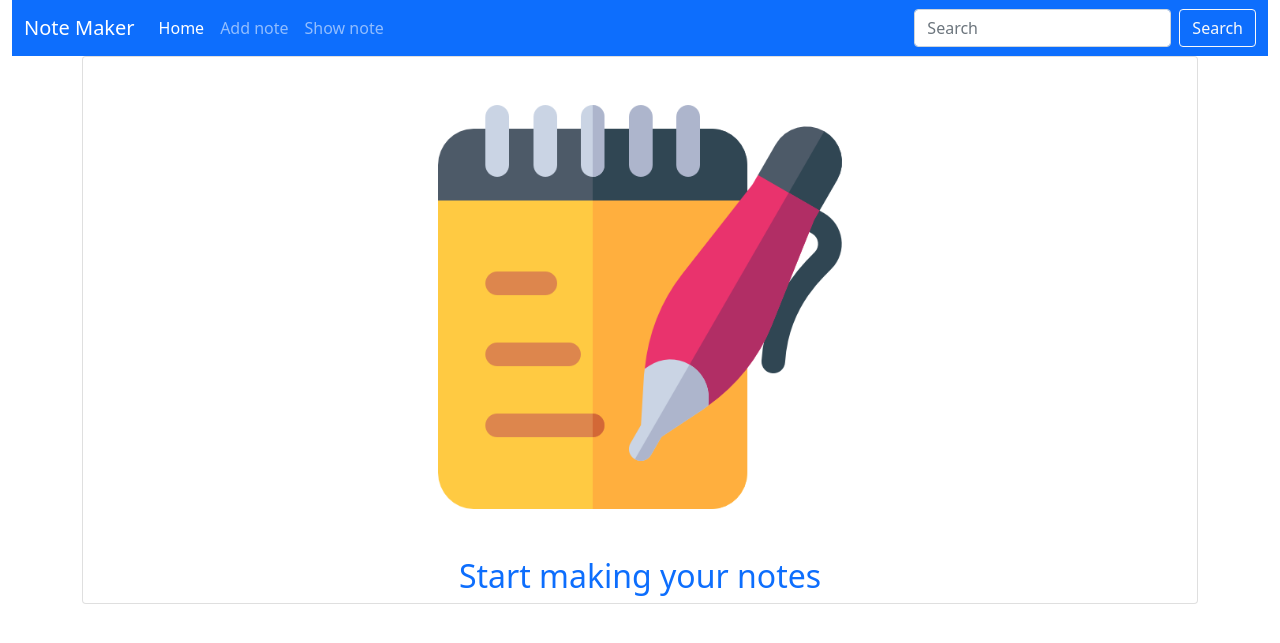
Repository: sachin1830/hibernateproject
Page: http://localhost/com.todolist/
These files come from the project's save history. The page is drawn as it stood at one moment and after the next save; the edit follows.
The browser window is 1280 px wide. The pictures show the whole page.
Some web libraries are served in a nearby version. The page is served by Tomcat 9. Other server files are loaded and not shown.

Above is the page before, as saved 2021-01-23 06:00:10.

### com.todolist/src/main/webapp/index.jsp
<!doctype html>
<html lang="en">
  <head>
    <!-- Required meta tags -->
    <meta charset="utf-8">
    <meta name="viewport" content="width=device-width, initial-scale=1">

    <!-- Bootstrap CSS -->
    <link href="https://cdn.jsdelivr.net/npm/bootstrap@5.0.0-beta1/dist/css/bootstrap.min.css" rel="stylesheet" integrity="sha384-giJF6kkoqNQ00vy+HMDP7azOuL0xtbfIcaT9wjKHr8RbDVddVHyTfAAsrekwKmP1" crossorigin="anonymous">

    <title>Todolist</title>
  </head>
  <body>
  	<div class="container-fluid">
  		<%@include file="navbar.jsp" %>
  	</div>
  	<div class="container">
  		<div class="card">
  			<img src="img/notes.png" alt="image not found" style="max-width:500px" class="img-fluid mx-auto p-5">
  			<h2 class="text-center text-primary">Start making your notes</h2>
  		</div>
  	</div>

    <script src="https://cdn.jsdelivr.net/npm/bootstrap@5.0.0-beta1/dist/js/bootstrap.bundle.min.js" integrity="sha384-ygbV9kiqUc6oa4msXn9868pTtWMgiQaeYH7/t7LECLbyPA2x65Kgf80OJFdroafW" crossorigin="anonymous"></script>
    <script src="https://cdn.jsdelivr.net/npm/@popperjs/core@2.5.4/dist/umd/popper.min.js" integrity="sha384-q2kxQ16AaE6UbzuKqyBE9/u/KzioAlnx2maXQHiDX9d4/zp8Ok3f+M7DPm+Ib6IU" crossorigin="anonymous"></script>
    <script src="https://cdn.jsdelivr.net/npm/bootstrap@5.0.0-beta1/dist/js/bootstrap.min.js" integrity="sha384-pQQkAEnwaBkjpqZ8RU1fF1AKtTcHJwFl3pblpTlHXybJjHpMYo79HY3hIi4NKxyj" crossorigin="anonymous"></script>

  </body>
</html>

### com.todolist/src/main/webapp/navbar.jsp
<nav class="navbar navbar-expand-lg navbar-dark bg-primary">
  <div class="container-fluid">
    <a class="navbar-brand" href="index.jsp">Note Maker</a>
    <button class="navbar-toggler" type="button" data-bs-toggle="collapse" data-bs-target="#navbarSupportedContent" aria-controls="navbarSupportedContent" aria-expanded="false" aria-label="Toggle navigation">
      <span class="navbar-toggler-icon"></span>
    </button>
    <div class="collapse navbar-collapse" id="navbarSupportedContent">
      <ul class="navbar-nav me-auto mb-2 mb-lg-0">

        <li class="nav-item">
          <a class="nav-link active" aria-current="page" href="index.jsp">Home</a>
        </li>
        <li class="nav-item">
          <a class="nav-link" href="add_note.jsp">Add note </a>
        </li>
         <li class="nav-item">
          <a class="nav-link" href="all_note.jsp">Show note </a>
        </li>

      </ul>
      <form class="d-flex">
        <input class="form-control me-2" type="search" placeholder="Search" aria-label="Search">
        <button class="btn btn-outline-light" type="submit">Search</button>
      </form>
    </div>
  </div>
</nav>

After the next save:
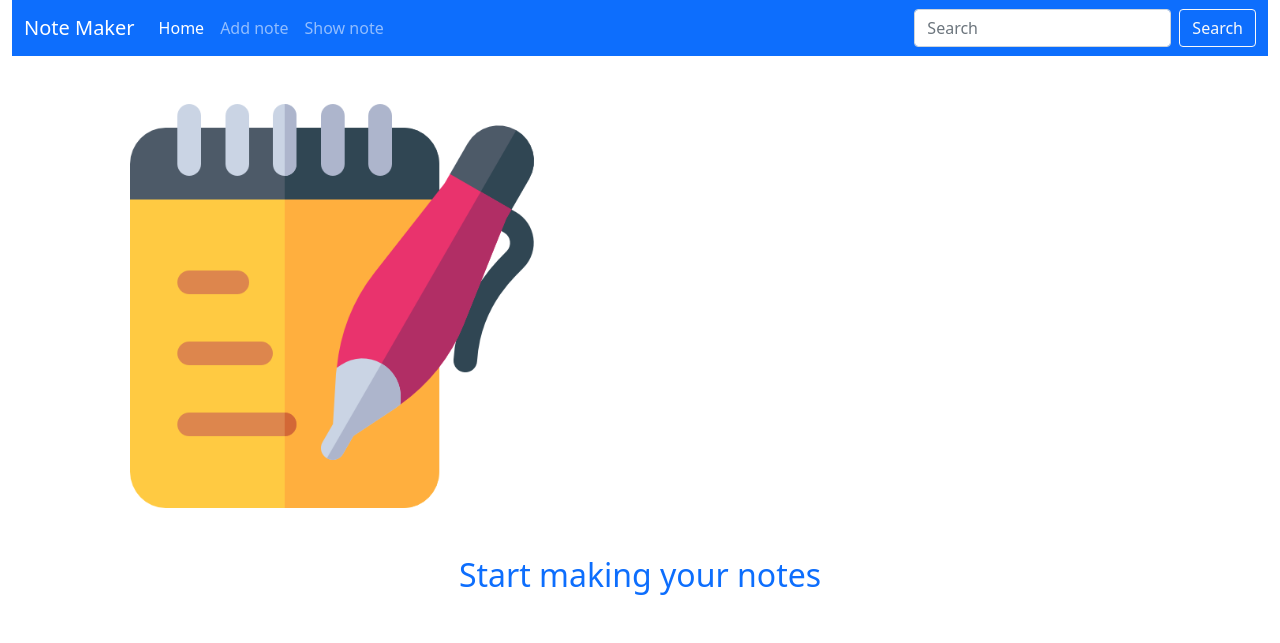
Saved 23 s later.
--- a/com.todolist/src/main/webapp/index.jsp
+++ b/com.todolist/src/main/webapp/index.jsp
@@ -15,7 +15,7 @@
   		<%@include file="navbar.jsp" %>
   	</div>
   	<div class="container">
-  		<div class="card">
+  		<div class="">
   			<img src="img/notes.png" alt="image not found" style="max-width:500px" class="img-fluid mx-auto p-5">
   			<h2 class="text-center text-primary">Start making your notes</h2>
   		</div>
